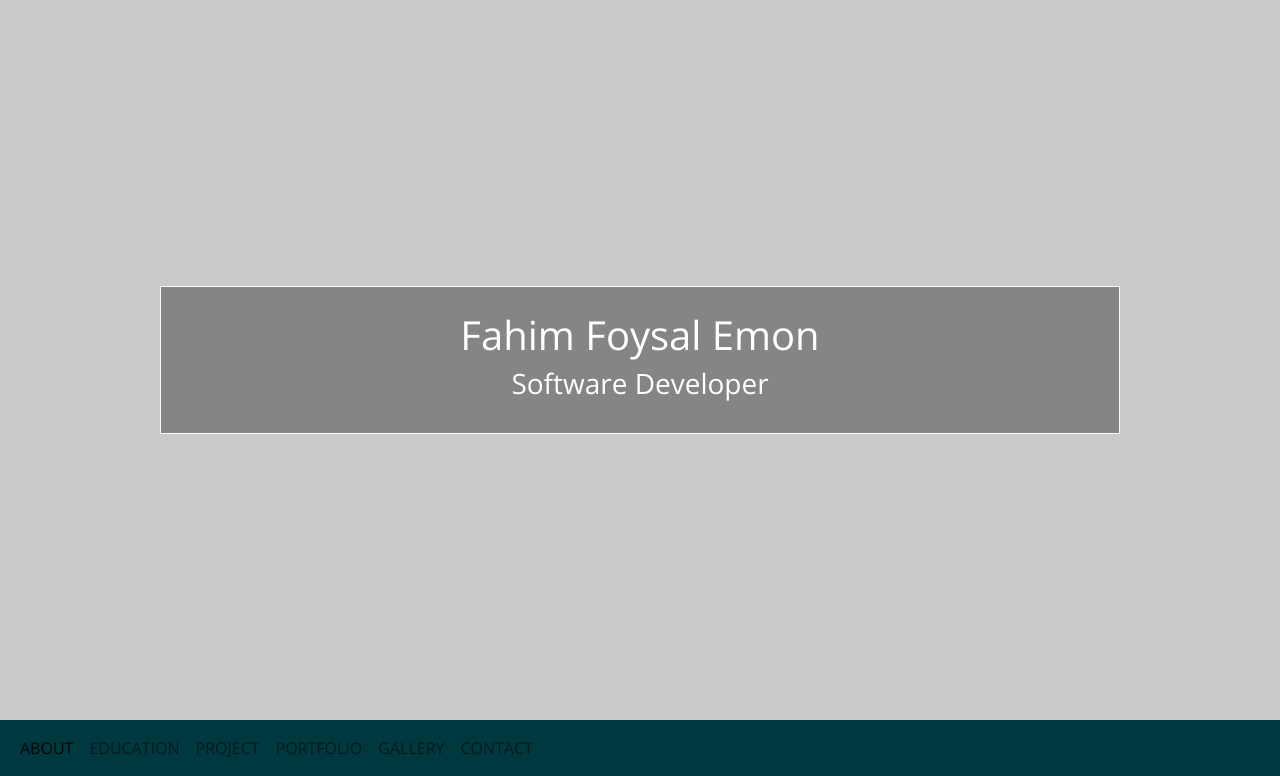
Repository: emowzz/emowzz.github.io
Page: index.html
The author's editor kept a copy of each file at every save. The page is drawn from the files as they stood at one save, then again after the next save.
The browser window is 1280 px wide. The pictures show the whole page.
Some web libraries are served in a nearby version.

Above is the page before, as saved 2021-03-17 17:53:44.

### index.html
<!doctype html>
<html lang="en">
  <head>
    <!-- Required meta tags -->
    <meta charset="utf-8">
    <meta name="viewport" content="width=device-width, initial-scale=1">
    <link rel="shortcut icon" type="image/png" href="./Image/myImgZoom.jpg">
    <!-- Bootstrap CSS -->
    <link href="https://cdn.jsdelivr.net/npm/bootstrap@5.0.0-beta2/dist/css/bootstrap.min.css" rel="stylesheet" integrity="sha384-BmbxuPwQa2lc/FVzBcNJ7UAyJxM6wuqIj61tLrc4wSX0szH/Ev+nYRRuWlolflfl" crossorigin="anonymous">
    <link rel="preconnect" href="https://fonts.gstatic.com">
    <link href="https://fonts.googleapis.com/css2?family=Open+Sans:wght@300&display=swap" rel="stylesheet">
    <link rel="stylesheet" href="./CSS/style.css">


    <title>Hi There, I'm Fahim Foysal Emon!</title>

    <script src="https://kit.fontawesome.com/a076d05399.js" crossorigin="anonymous"></script>
  </head>
  <body>

    <!-- this is banner section -->
    <section class="banner-container container-fluid">
      <div class="row vh-100">
        <div class="col-md-9 banner-column m-auto text-center text-white p-4 border border-light">
            <h1 class="display:4 font-weight:bolder">Fahim Foysal Emon</h1>
            <h3>Software Developer</h3>
        </div>
      </div>
    </section>

    <!-- this is nav-bar section -->
    <nav class="navbar navbar-expand-lg navbar-light navbar-container">
      <div class="container-fluid">
        <button class="navbar-toggler" type="button" data-bs-toggle="collapse" data-bs-target="#navbarSupportedContent" aria-controls="navbarSupportedContent" aria-expanded="false" aria-label="Toggle navigation">
          <span class="navbar-toggler-icon"></span>
        </button>
        <div class="collapse navbar-collapse" id="navbarSupportedContent">
          <ul class="navbar-nav me-auto mb-2 mb-lg-0">
            <li class="nav-item">
              <a class="nav-link active" aria-current="page" href="#About">ABOUT</a>
            </li>
            <li class="nav-item">
              <a class="nav-link" href="#Education">EDUCATION</a>
            </li>
            <li class="nav-item">
              <a class="nav-link" href="#Project">PROJECT</a>
            </li>
            <li class="nav-item">
              <a class="nav-link" href="#Portfolio">PORTFOLIO</a>
            </li>
            <li class="nav-item">
              <a class="nav-link" href="#Gallery">GALLERY</a>
            </li>
            <li class="nav-item">
              <a class="nav-link" href="#Contact">CONTACT</a>
            </li>
          </ul>
        </div>
      </div>
    </nav>

    <!-- Optional JavaScript; choose one of the two! -->

    <!-- Option 1: Bootstrap Bundle with Popper -->
    <script src="https://cdn.jsdelivr.net/npm/bootstrap@5.0.0-beta2/dist/js/bootstrap.bundle.min.js" integrity="sha384-b5kHyXgcpbZJO/tY9Ul7kGkf1S0CWuKcCD38l8YkeH8z8QjE0GmW1gYU5S9FOnJ0" crossorigin="anonymous"></script>

    <!-- Option 2: Separate Popper and Bootstrap JS -->
    <!--
    <script src="https://cdn.jsdelivr.net/npm/@popperjs/core@2.6.0/dist/umd/popper.min.js" integrity="sha384-KsvD1yqQ1/1+IA7gi3P0tyJcT3vR+NdBTt13hSJ2lnve8agRGXTTyNaBYmCR/Nwi" crossorigin="anonymous"></script>
    <script src="https://cdn.jsdelivr.net/npm/bootstrap@5.0.0-beta2/dist/js/bootstrap.min.js" integrity="sha384-nsg8ua9HAw1y0W1btsyWgBklPnCUAFLuTMS2G72MMONqmOymq585AcH49TLBQObG" crossorigin="anonymous"></script>
    -->
  </body>
</html>

### CSS/style.css
body {
    font-family: 'Open Sans', sans-serif;
}


.banner-container {
    background-color: #CACACA;
}

.banner-column {
    background-color: #868486;
}

.navbar-container {
    background-color: #00383F;
}

After the next save:
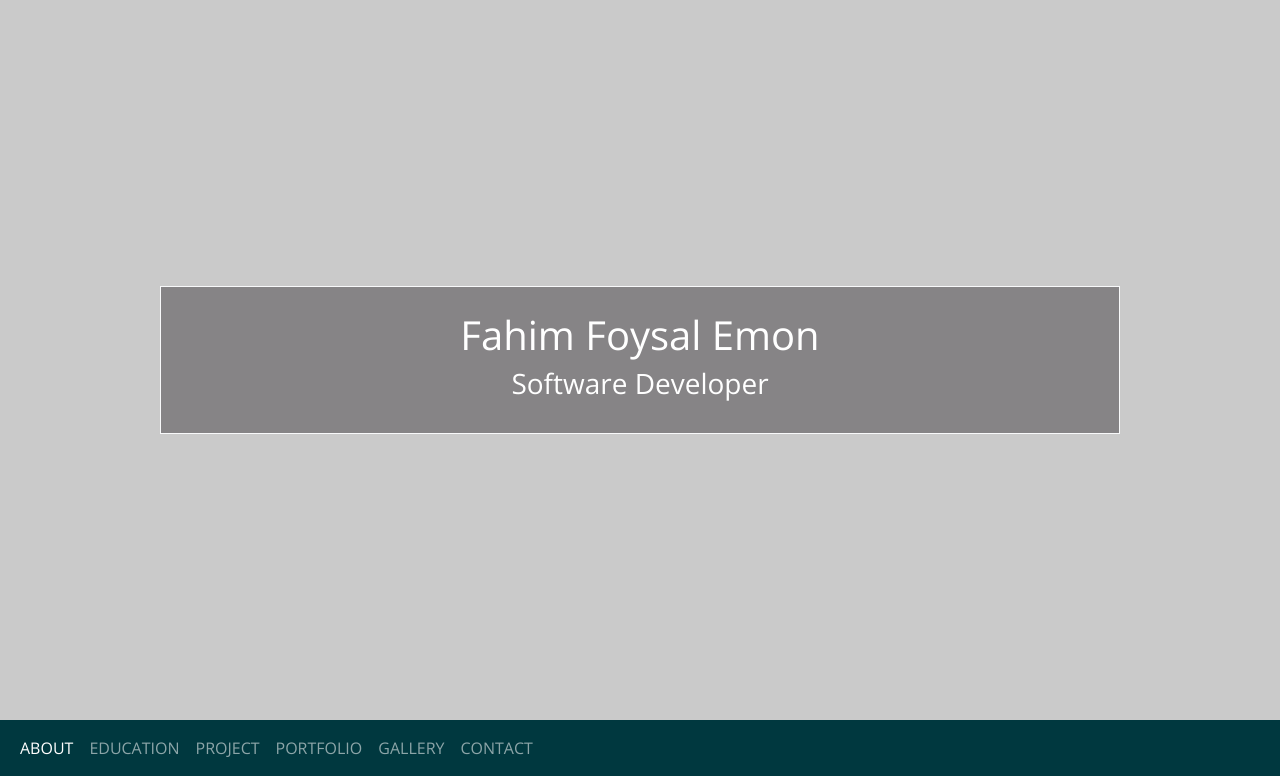
Saved 16 s later.
--- a/index.html
+++ b/index.html
@@ -29,7 +29,7 @@
     </section>
 
     <!-- this is nav-bar section -->
-    <nav class="navbar navbar-expand-lg navbar-light navbar-container">
+    <nav class="navbar navbar-expand-lg navbar-dark navbar-container">
       <div class="container-fluid">
         <button class="navbar-toggler" type="button" data-bs-toggle="collapse" data-bs-target="#navbarSupportedContent" aria-controls="navbarSupportedContent" aria-expanded="false" aria-label="Toggle navigation">
           <span class="navbar-toggler-icon"></span>
